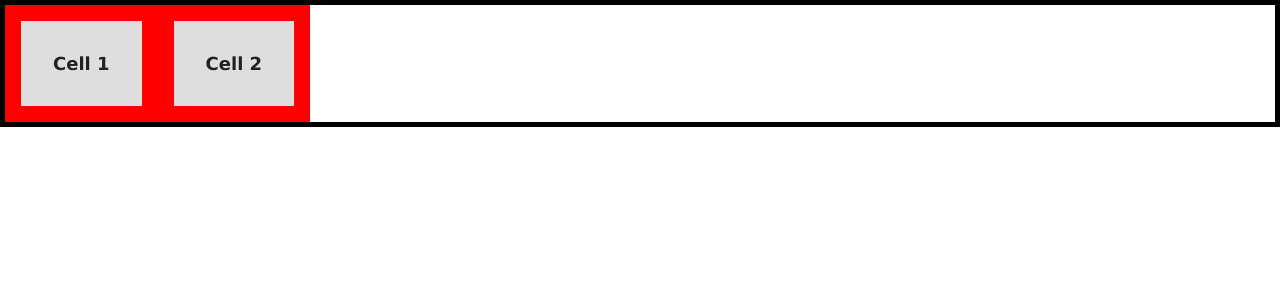
Repository: Ndifoinhilary/css_grid
Page: css-grid-learn/index.html
These files come from the project's save history. The page is drawn as it stood at one moment and after the next save; the edit follows.
The browser window is 1280 px wide. The pictures show the whole page.

Above is the page before, as saved 2024-01-24 12:28:18.

After the next save:
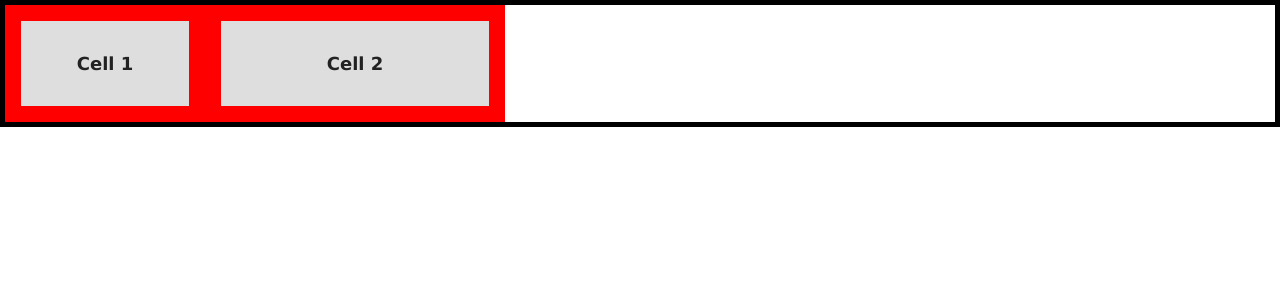
Saved 72 s later.
--- a/css-grid-learn/main.css
+++ b/css-grid-learn/main.css
@@ -23,13 +23,14 @@ body{
     border:1rem solid red;
 }
 
-/* .container{
+.container{
     display: grid;
     grid-template-columns: 200px 300px;
-} */
+}
 
 
-.container{
+/* .container{
     display: flex;
-    /* justify-content: space-between; */
-}
+    justify-content: space-between;
+
+} */
